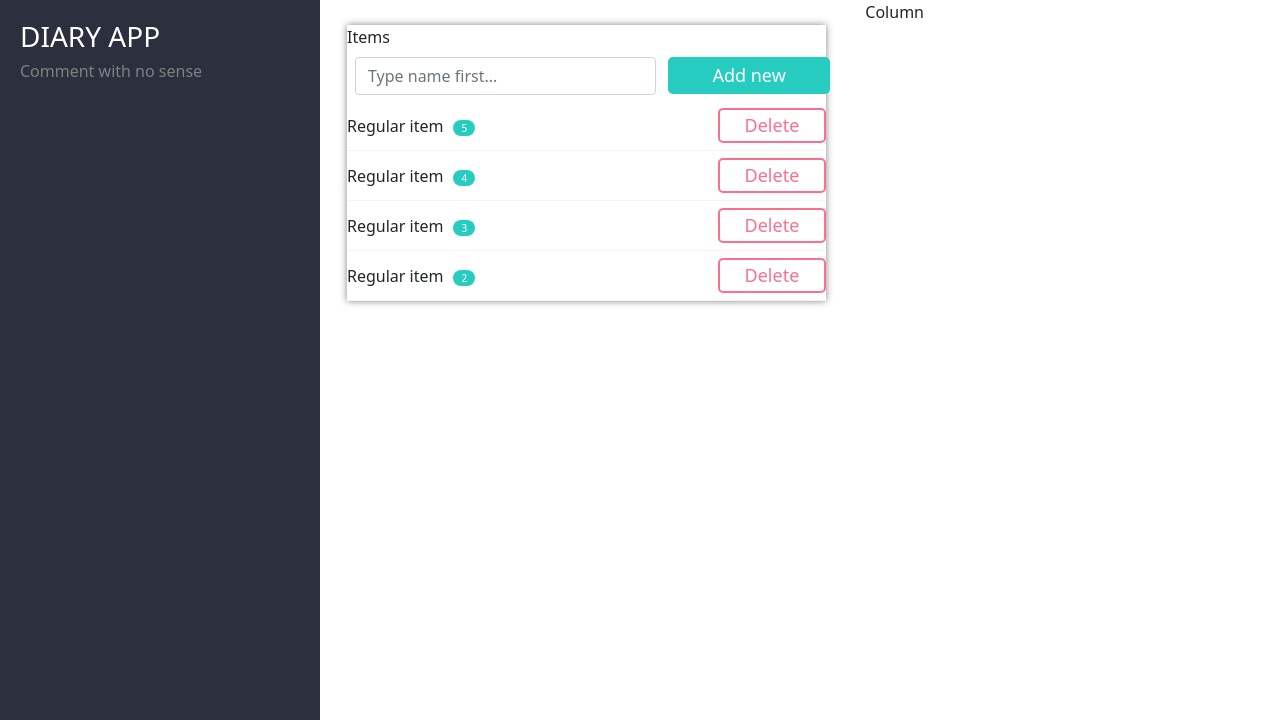
Repository: tsydikov/diary
Page: /
The author's editor kept a copy of each file at every save. The page is drawn from the files as they stood at one save, then again after the next save.
The browser window is 1280 px wide. The pictures show the whole page.
The project was rebuilt for these pictures with package versions that can differ from the ones it lists, and the page was loaded fresh each time.

Above is the page before, as saved 2021-09-10 21:37:07.

After the next save:
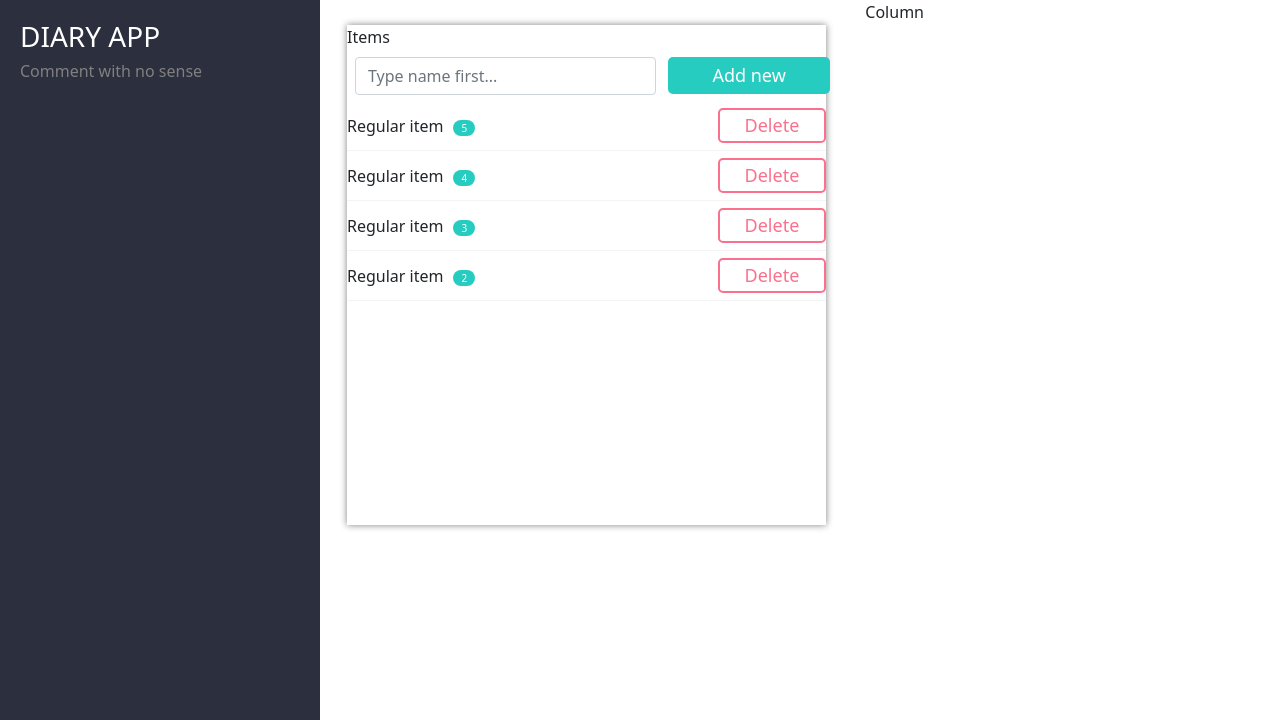
Saved 26 s later.
--- a/src/styles/App.css
+++ b/src/styles/App.css
@@ -37,4 +37,5 @@ hr {
     box-shadow: 0 0 7px grey;
     margin: 15px;
     margin-top: 25px;
+    min-height: 500px;
 }
